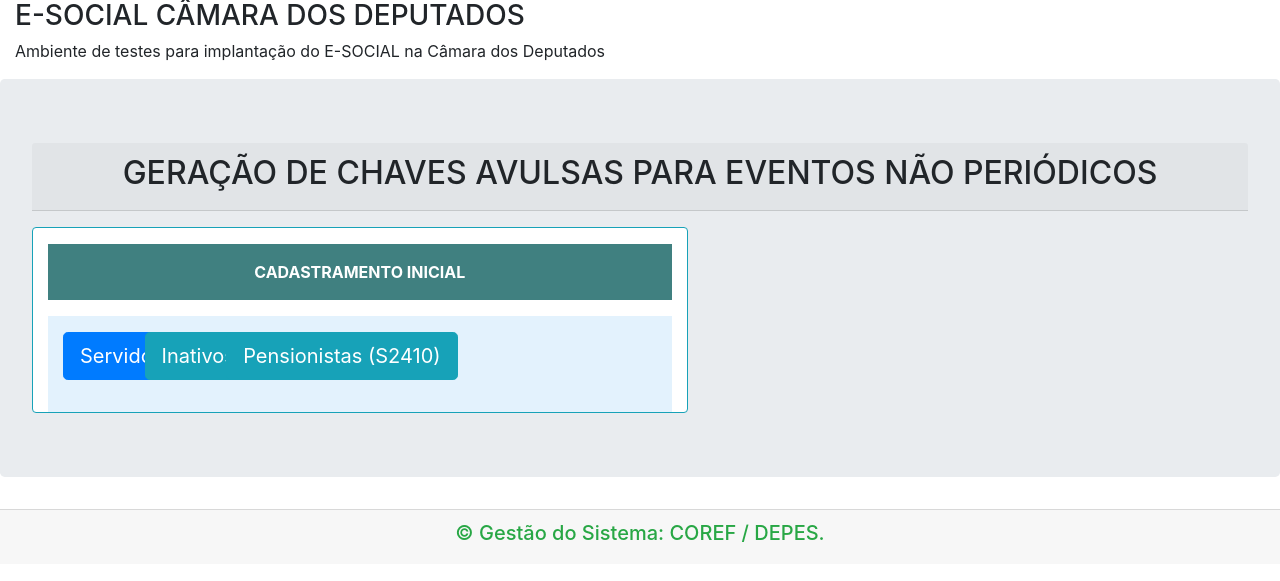
Repository: coref-depes/esocialapp
Page: http://localhost/paginaprincipal
An editor plug-in stored every save of this project. The page is shown before and after the next save, followed by the edit.
The browser window is 1280 px wide. The pictures show the whole page.
Some web fonts or font styles are not loaded; a fallback is used. The page is this project's Thymeleaf template; nobody is signed in. The template is opened directly, without the code that normally fills it, so the values that code supplies are empty.

Above is the page before, as saved 2022-08-03 15:10:12.

After the next save:
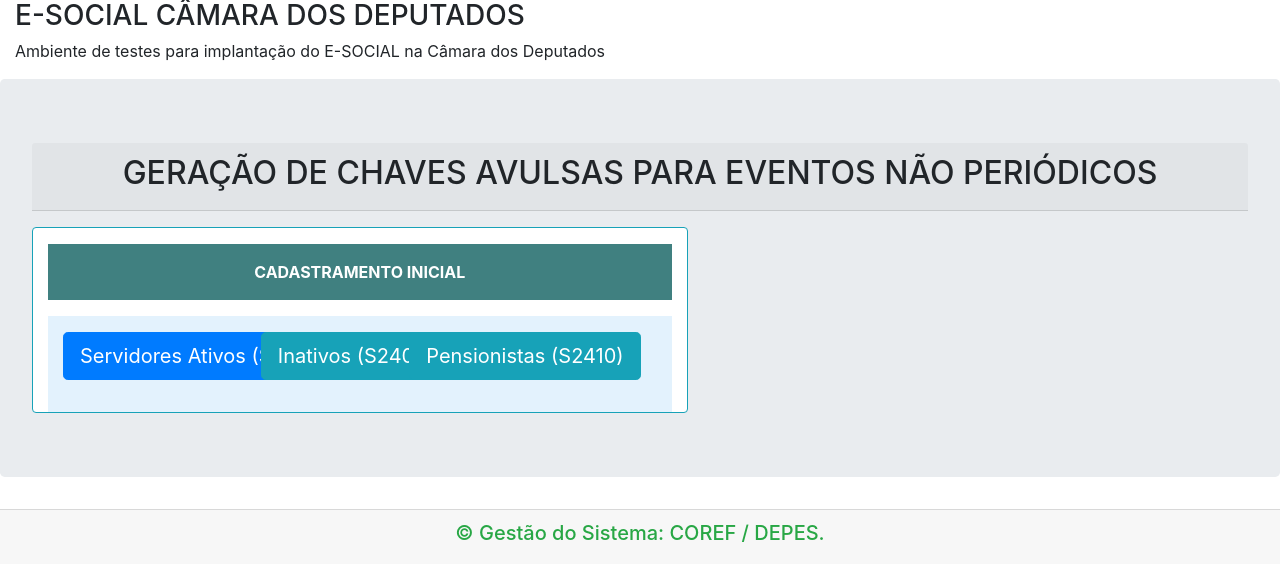
Saved 58 s later.
--- a/br.gov.camara.esocial/src/main/resources/templates/paginaprincipal.html
+++ b/br.gov.camara.esocial/src/main/resources/templates/paginaprincipal.html
@@ -75,16 +75,16 @@
          <div class="row col-md-8  align-items-center justify-content-start">
           <p>
          </div>
-          <div class="row col-md-10  align-items-left justify-content-start">
+          <div class="row col-md-12  align-items-left justify-content-start">
 
 
-  			<div class="form-group col-md-2">
+  			<div class="form-group col-md-4">
             	<a class="btn btn-primary btn-lg" id = "bts2200" th:href="@{/cadini/abrecadastroinicial/S2200}" role="button">Servidores Ativos (S2200 e S2300)</a></p>
              </div>
-             <div class="form-group col-md-2">
+             <div class="form-group col-md-3">
             	<a class="btn btn-info btn-lg"        th:href="@{/cadinativos/abrecadastroinicial/S2400}"       role="button">Inativos (S2400 e S2410)</a></p>
              </div>
-             <div class="form-group col-md-2">
+             <div class="form-group col-md-3">
             	<a class="btn btn-info btn-lg"        th:href="@{/cadinativos/abrecadastroinicial/S2400}"       role="button">Pensionistas (S2410)</a></p>
              </div>
            </div>
